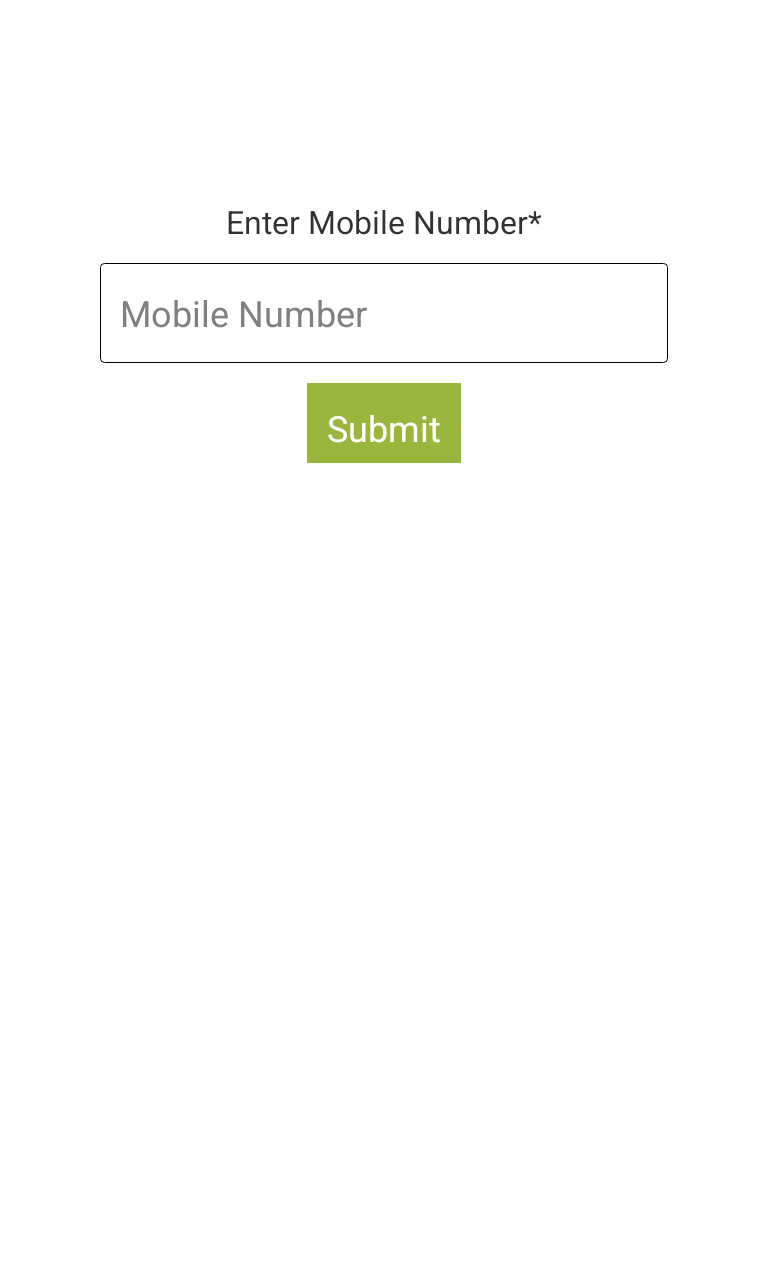
Repository: amitvikramjaiswal/amit-work
Layout: MandiTrades/MandiTradesAndroid/res/layout/first_screen.xml
The author's editor kept a copy of each file at every save. The layout is drawn from the files as they stood at one save, then again after the next save.
It is drawn on a 768 x 1280 px phone screen (xhdpi) without system bars, with theme AppTheme; the app's code is not run.

Above is the layout before, as saved 2014-11-14 14:05:01.

After the next save:
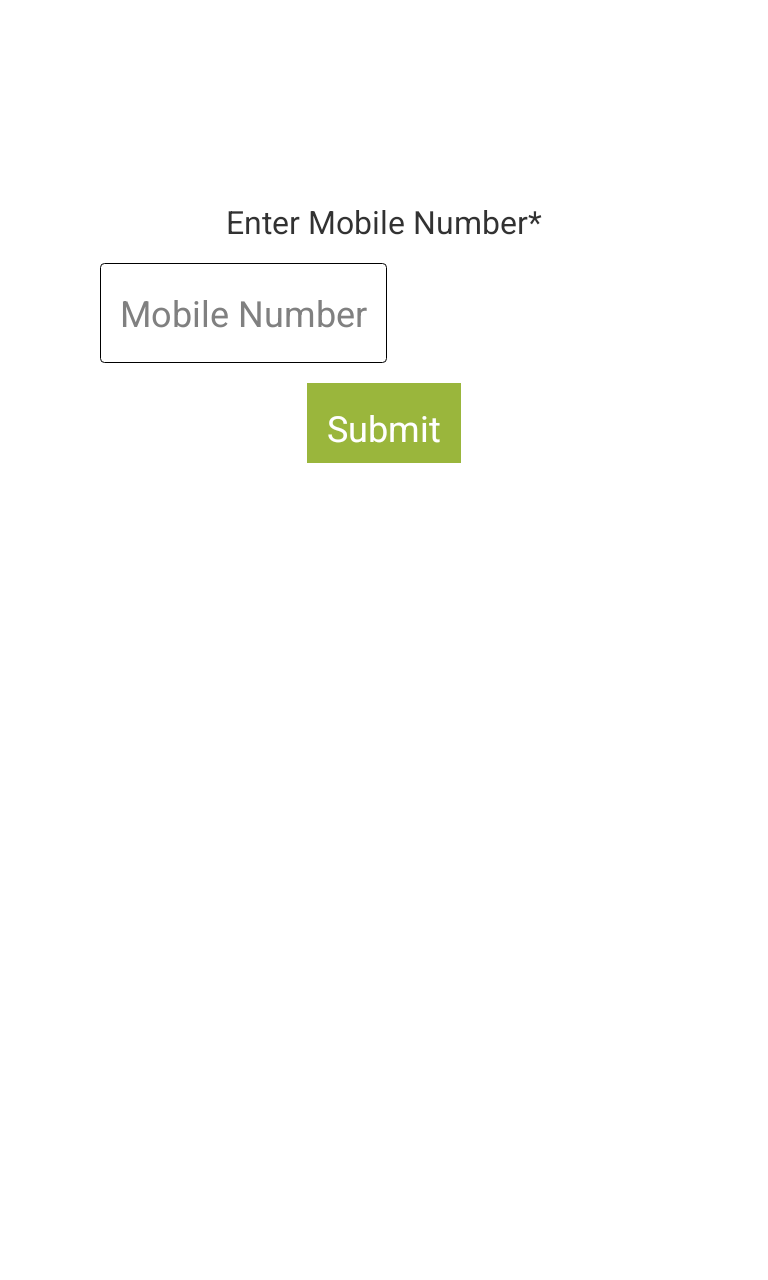
Saved 39 s later.
--- a/MandiTrades/MandiTradesAndroid/res/layout/first_screen.xml
+++ b/MandiTrades/MandiTradesAndroid/res/layout/first_screen.xml
@@ -21,19 +21,24 @@
             android:text="@string/enter_mobile_number"
             android:textSize="@dimen/text_size_large" />
 
-        <EditText
-            android:id="@+id/mobile_et"
-            android:layout_width="match_parent"
-            android:layout_height="@dimen/height_row"
-            android:layout_marginLeft="50dp"
-            android:layout_marginRight="50dp"
-            android:layout_marginTop="@dimen/margin_left_right"
-            android:background="@drawable/border_shape"
-            android:hint="@string/mobile_number"
-            android:inputType="number"
-            android:maxLength="10"
-            android:padding="@dimen/padding_normal"
-            android:textColor="#000" />
+        <LinearLayout
+            android:layout_width="wrap_content"
+            android:layout_height="wrap_content" >
+
+            <EditText
+                android:id="@+id/mobile_et"
+                android:layout_width="match_parent"
+                android:layout_height="@dimen/height_row"
+                android:layout_marginLeft="50dp"
+                android:layout_marginRight="50dp"
+                android:layout_marginTop="@dimen/margin_left_right"
+                android:background="@drawable/border_shape"
+                android:hint="@string/mobile_number"
+                android:inputType="number"
+                android:maxLength="10"
+                android:padding="@dimen/padding_normal"
+                android:textColor="#000" />
+        </LinearLayout>
     </LinearLayout>
 
     <LinearLayout

After the save that followed:
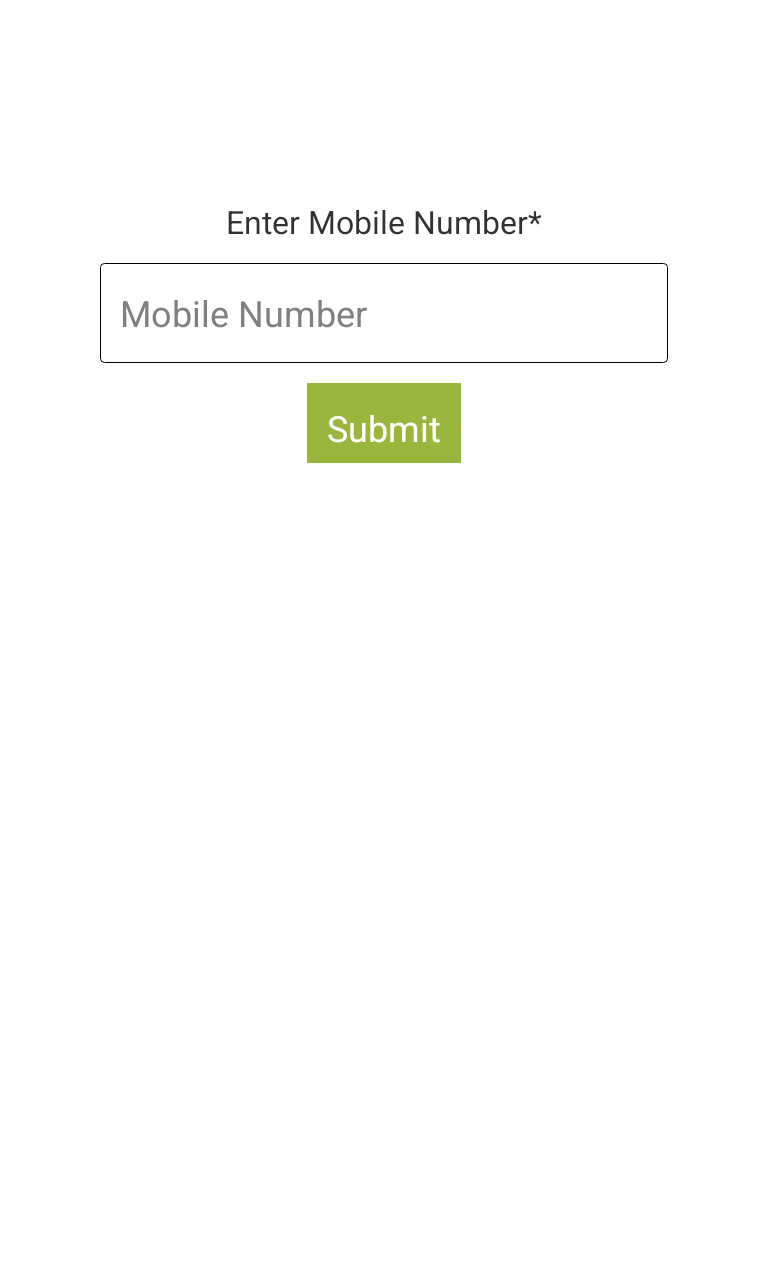
Saved 20 s later.
--- a/MandiTrades/MandiTradesAndroid/res/layout/first_screen.xml
+++ b/MandiTrades/MandiTradesAndroid/res/layout/first_screen.xml
@@ -22,7 +22,7 @@
             android:textSize="@dimen/text_size_large" />
 
         <LinearLayout
-            android:layout_width="wrap_content"
+            android:layout_width="match_parent"
             android:layout_height="wrap_content" >
 
             <EditText
